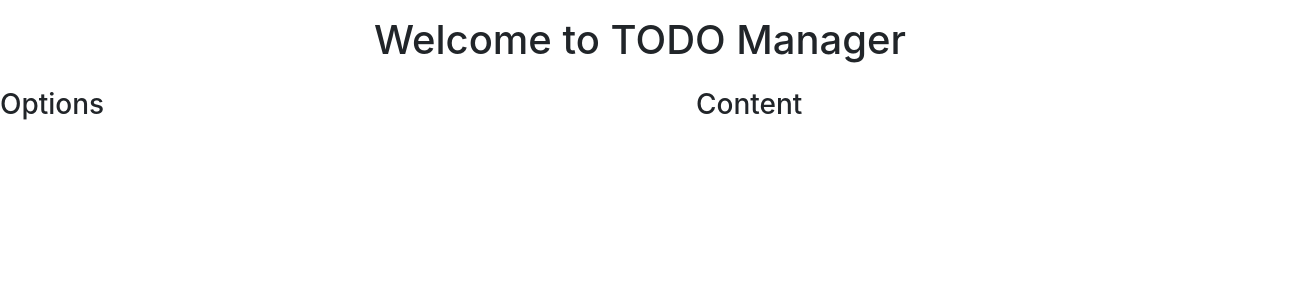
Repository: HarshViijay/spring-boot
Page: http://localhost/springmvcnew/home
The author's editor kept a copy of each file at every save. The page is drawn from the files as they stood at one save, then again after the next save.
The browser window is 1280 px wide. The page is 1295 px wide, so the pictures cover 1295 px, including what lies to the right of the window. The pictures show the whole page.
Some web libraries are served in a nearby version. The page is served by Tomcat 9. Other server files are loaded and not shown.

Above is the page before, as saved 2023-03-11 18:14:16.

### springmvcnew/src/main/webapp/WEB-INF/pages/home.jsp
<%@ page language="java" contentType="text/html; charset=UTF-8"
	pageEncoding="UTF-8"%>
<!doctype html>
<html lang="en">
<head>
<!-- Required meta tags -->
<meta charset="utf-8">
<meta name="viewport"
	content="width=device-width, initial-scale=1, shrink-to-fit=no">

<!-- Bootstrap CSS -->
<link rel="stylesheet"
	href="https://cdn.jsdelivr.net/npm/bootstrap@4.0.0/dist/css/bootstrap.min.css"
	integrity="sha384-Gn5384xqQ1aoWXA+058RXPxPg6fy4IWvTNh0E263XmFcJlSAwiGgFAW/dAiS6JXm"
	crossorigin="anonymous">

<title>Our ToDo App</title>
</head>
<body>

	<div class="cotainer mt-3 ">
		<h1 class="text-center">Welcome to TODO Manager</h1>

		<div class="row mt-4">

			<div class="col-md-2">
				<h3>Options</h3>
			</div>

			<div class="col-md-10">
				<h3 class="text-center">Content</h3>
			</div>
		</div>
	</div>


	<!-- Optional JavaScript -->
	<!-- jQuery first, then Popper.js, then Bootstrap JS -->
	<script src="https://code.jquery.com/jquery-3.2.1.slim.min.js"
		integrity="sha384-KJ3o2DKtIkvYIK3UENzmM7KCkRr/rE9/Qpg6aAZGJwFDMVNA/GpGFF93hXpG5KkN"
		crossorigin="anonymous"></script>
	<script
		src="https://cdn.jsdelivr.net/npm/popper.js@1.12.9/dist/umd/popper.min.js"
		integrity="sha384-ApNbgh9B+Y1QKtv3Rn7W3mgPxhU9K/ScQsAP7hUibX39j7fakFPskvXusvfa0b4Q"
		crossorigin="anonymous"></script>
	<script
		src="https://cdn.jsdelivr.net/npm/bootstrap@4.0.0/dist/js/bootstrap.min.js"
		integrity="sha384-JZR6Spejh4U02d8jOt6vLEHfe/JQGiRRSQQxSfFWpi1MquVdAyjUar5+76PVCmYl"
		crossorigin="anonymous"></script>
</body>
</html>

After the next save:
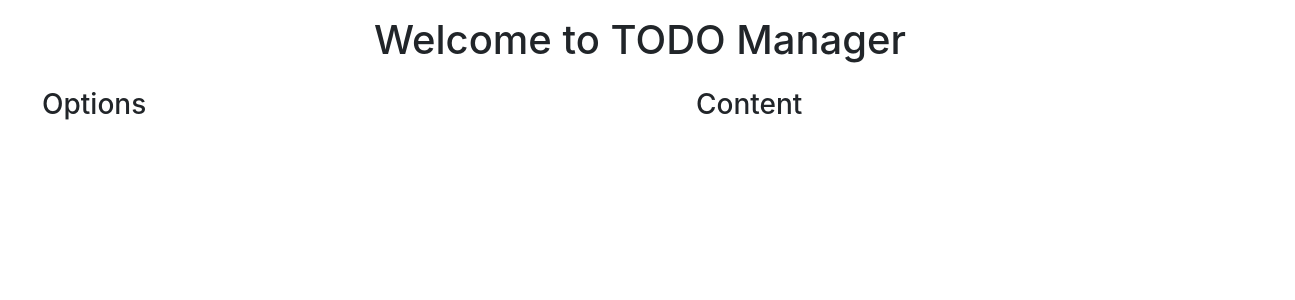
Saved 18 s later.
--- a/springmvcnew/src/main/webapp/WEB-INF/pages/home.jsp
+++ b/springmvcnew/src/main/webapp/WEB-INF/pages/home.jsp
@@ -24,7 +24,7 @@
 		<div class="row mt-4">
 
 			<div class="col-md-2">
-				<h3>Options</h3>
+				<h3 class="text-center">Options</h3>
 			</div>
 
 			<div class="col-md-10">
